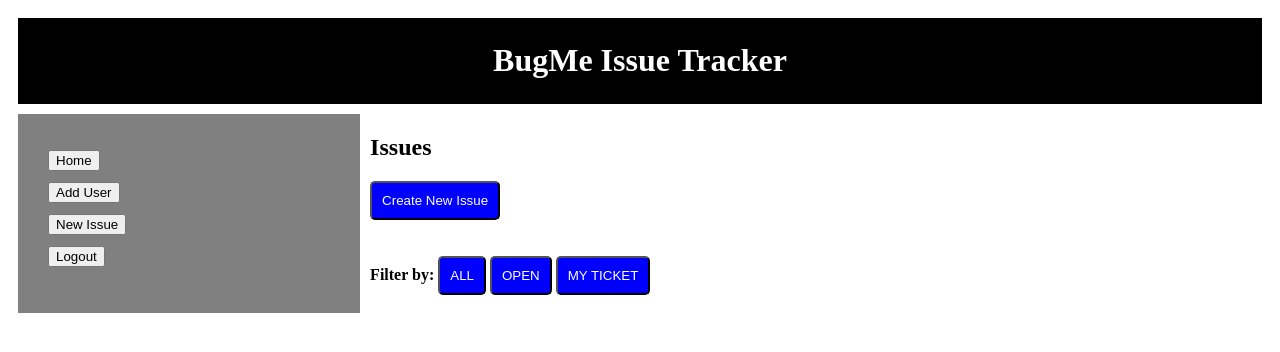
Repository: ranaldo89/info-2180-final-project
Page: index.html
The author's editor kept a record of every edit. The page is drawn from the files as they stood at one moment, then again after the next edit.
The browser window is 1280 px wide. The pictures show the whole page.

Above is the page before.

After the next edit:
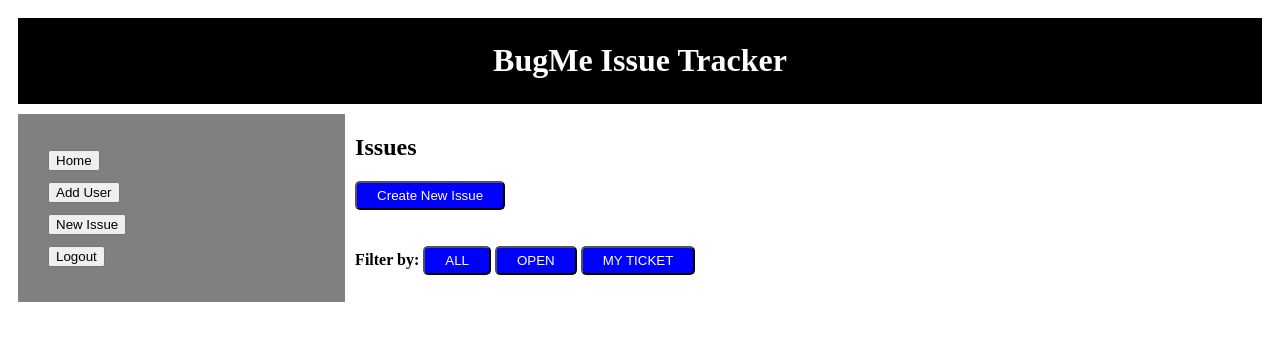
The edit:
--- a/style.css
+++ b/style.css
@@ -72,7 +72,7 @@
 input[type="submit"]{
   border-radius: 5px;
   background: blue;
-  padding: 10px;
+  padding: 5px 20px;
   color: white;
 }
 
